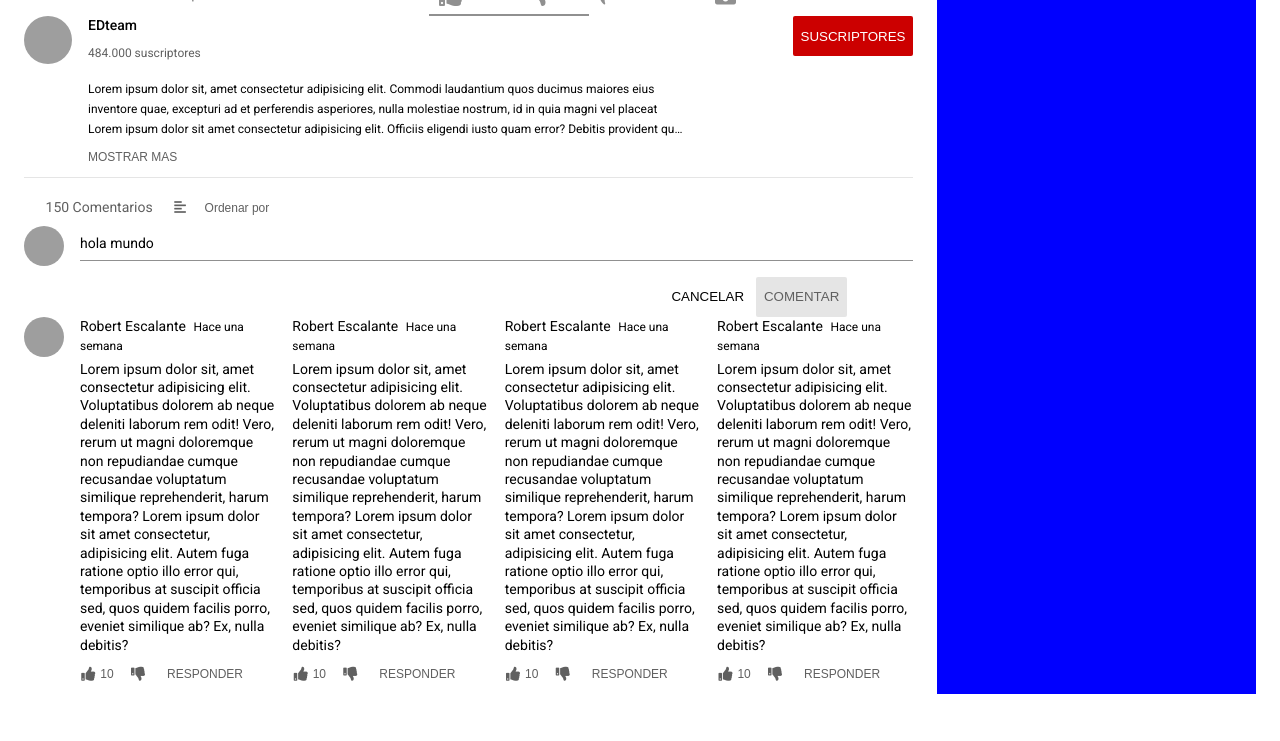
Repository: RobertAries28/ClonYoutube
Page: video.html
These files come from the project's save history. The page is drawn as it stood at one moment and after the next save; the edit follows.
The browser window is 1280 px wide. The pictures show the part of the page from y = 645 to 1597 px (the page is 1386 px tall before and 1597 px after).
Pictures or frames that could not be fetched are drawn as grey boxes. Some web libraries are served in a nearby version.

Above is the page before, as saved 2021-09-26 11:54:47.

After the next save:
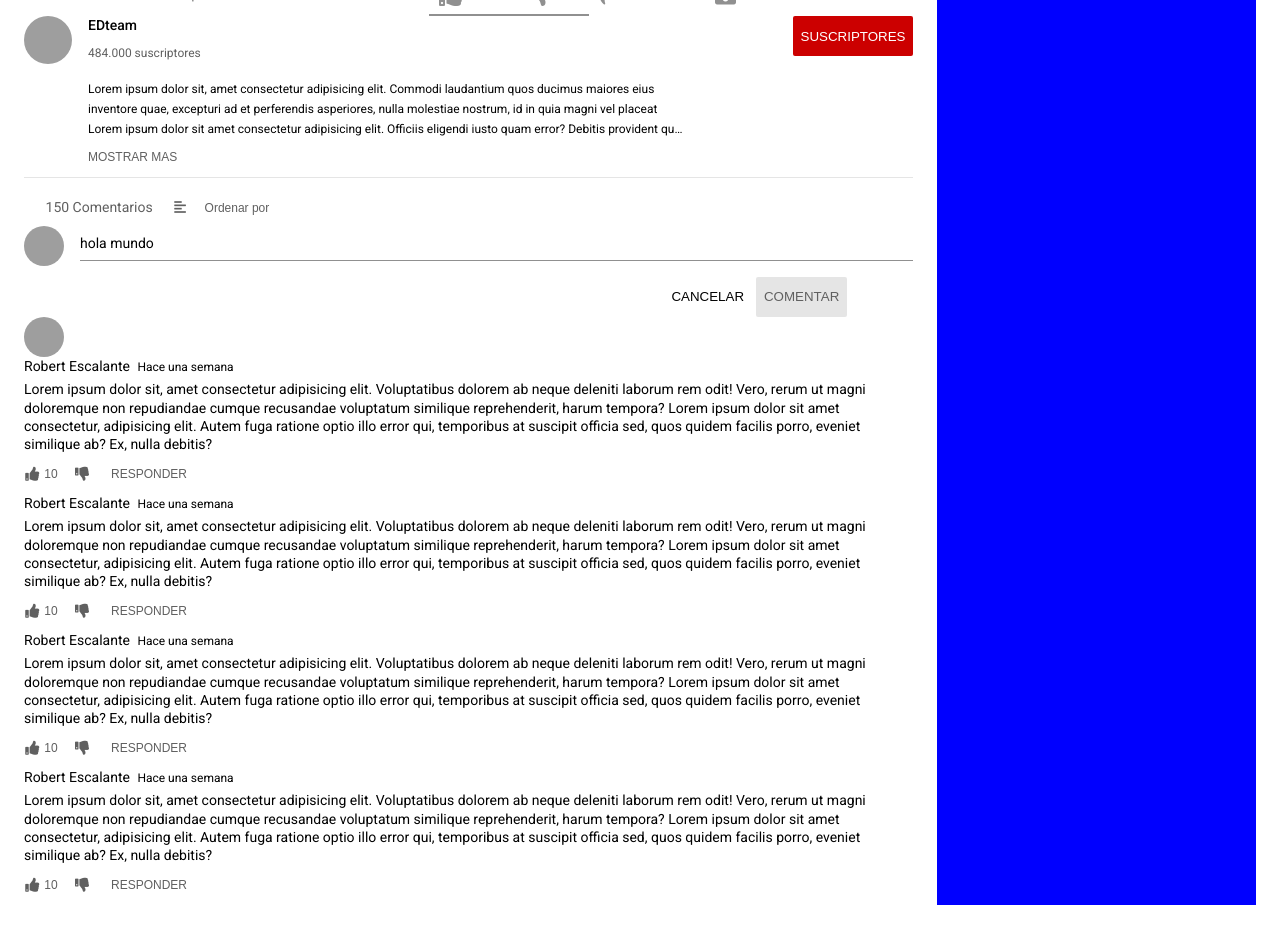
Saved 99 s later.
--- a/video.html
+++ b/video.html
@@ -153,7 +153,7 @@
      </div>
 
      <div class="comments-grid">
-         <article class="comment flex">
+         <article class="comment ">
             <div class="user-avatar">
 
                 <img class="image" src="https://i.pinimg.com/280x280_RS/7d/d0/f4/7dd0f465ad261b24bc09a1508da78cc1.jpg" alt="">

After the save that followed:
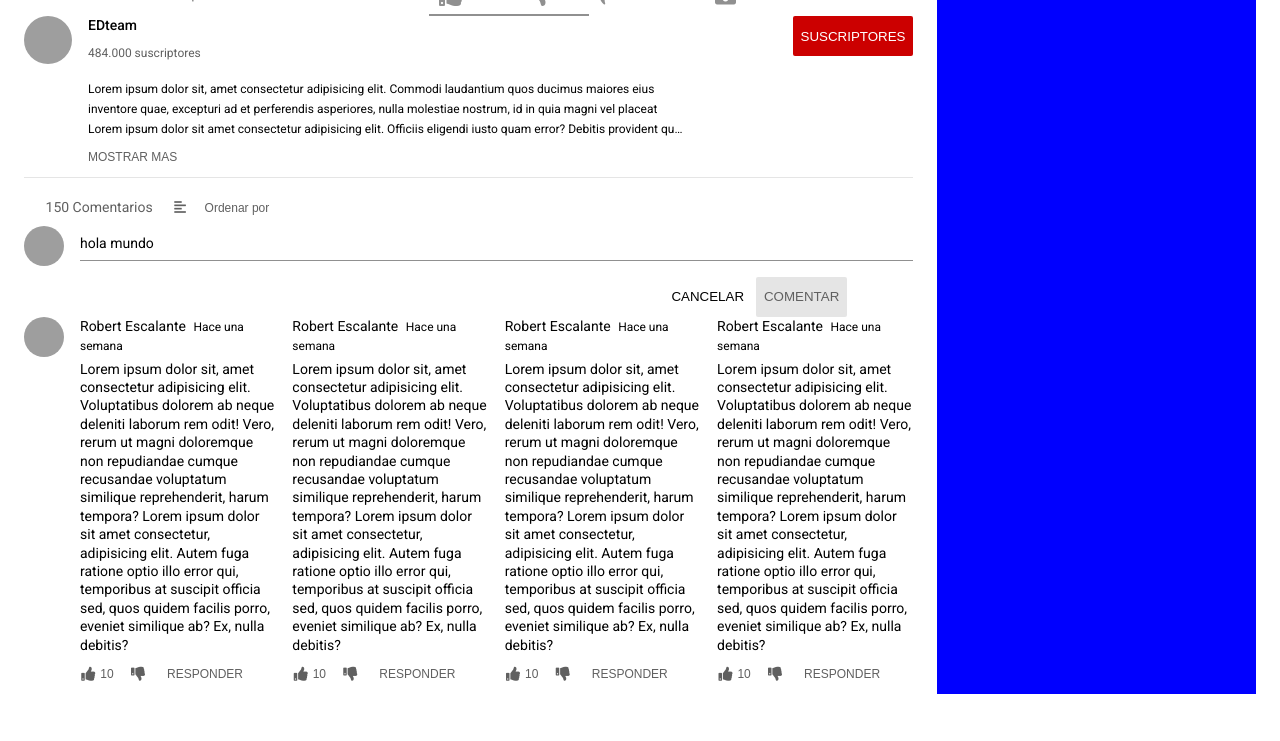
Saved 23 s later.
--- a/video.html
+++ b/video.html
@@ -153,7 +153,7 @@
      </div>
 
      <div class="comments-grid">
-         <article class="comment ">
+         <article class="comment flex">
             <div class="user-avatar">
 
                 <img class="image" src="https://i.pinimg.com/280x280_RS/7d/d0/f4/7dd0f465ad261b24bc09a1508da78cc1.jpg" alt="">
